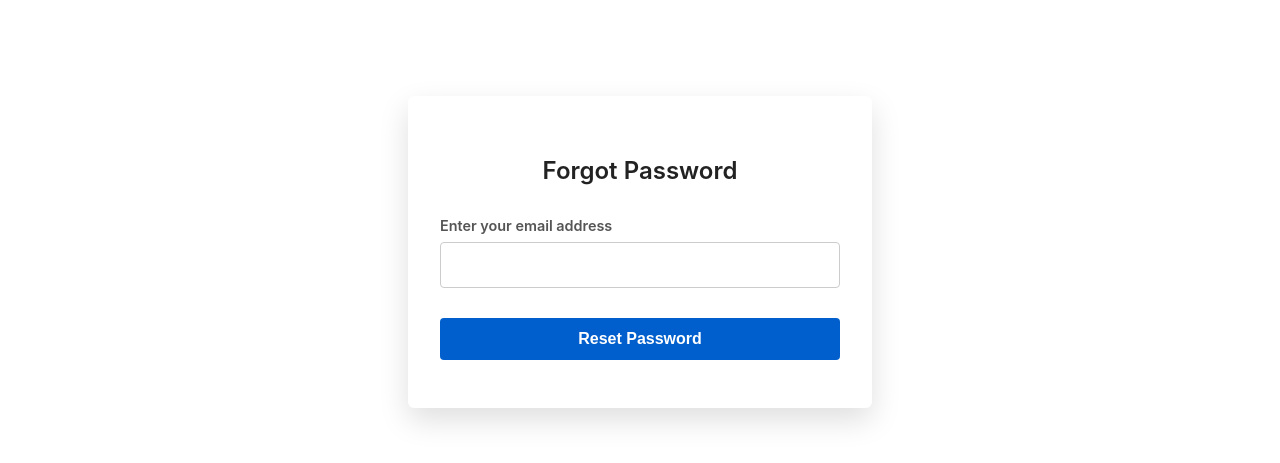
Repository: Nuttawut-Amattong/outtrip
Page: /forgot-password (app in OutTrip/)
The author's editor kept a copy of each file at every save. The page is drawn from the files as they stood at one save, then again after the next save.
The browser window is 1280 px wide. The pictures show the whole page.
The project was rebuilt for these pictures with package versions that can differ from the ones it lists, and the page was loaded fresh each time. Also part of the build but not shown: OutTrip/vite.config.js, OutTrip/src/component/login.module.css, OutTrip/src/component/Login.jsx, OutTrip/src/component/register.module.css, OutTrip/src/component/Register.jsx.

Above is the page before, as saved 2025-05-19 01:59:49.

### OutTrip/src/main.jsx
import { StrictMode } from 'react';
import { createRoot } from 'react-dom/client';
import { BrowserRouter, Routes, Route } from 'react-router-dom';
import Login from './component/Login.jsx';
import Register from './component/Register.jsx';
import Forgetpass from './component/Forgetpass.jsx';

createRoot(document.getElementById('root')).render(
  <StrictMode>
    <BrowserRouter>
      <Routes>
        <Route path="/" element={<Login />} />
        <Route path="/register" element={<Register />} />
        <Route path="/forgot-password" element={<Forgetpass />} />
      </Routes>
    </BrowserRouter>
  </StrictMode>
);

### OutTrip/src/component/Forgetpass.jsx
import React, { useState } from 'react';
import styles from './forgetpass.module.css';

const Forgetpass = () => {
  const [email, setEmail] = useState('');
  const [message, setMessage] = useState('');
  const [isSubmitted, setIsSubmitted] = useState(false);

  const handleSubmit = (e) => {
    e.preventDefault();
    setMessage('If this email is registered, you will receive a password reset link.');
    setIsSubmitted(true);
  };

  return (
    <div className={styles.container} role="main" aria-label="Forgot Password Form">
      <h2 className={styles.heading}>Forgot Password</h2>

      {!isSubmitted ? (
        <form onSubmit={handleSubmit} noValidate>
          <div className={styles.formGroup}>
            <label htmlFor="email" className={styles.label}>
              Enter your email address
            </label>
            <input
              type="email"
              id="email"
              name="email"
              value={email}
              onChange={(e) => setEmail(e.target.value)}
              required
              autoComplete="email"
              className={styles.input}
              aria-required="true"
              aria-describedby="emailHelp"
            />
          </div>
          <button type="submit" className={styles.button}>
            Reset Password
          </button>
        </form>
      ) : (
        <p className={styles.message} role="alert" aria-live="polite">
          {message}
        </p>
      )}
    </div>
  );
};

export default Forgetpass;

### OutTrip/src/component/forgetpass.module.css
/* forgetpass.module.css */

.container {
  max-width: 400px;
  margin: 6rem auto;
  padding: 2.5rem 2rem 3rem;
  background-color: #fff;
  border-radius: 6px;
  box-shadow: 0 12px 30px rgba(0, 0, 0, 0.13);
  font-family: 'Inter', -apple-system, BlinkMacSystemFont, 'Segoe UI', Roboto, Oxygen,
    Ubuntu, Cantarell, 'Open Sans', 'Helvetica Neue', sans-serif;
  color: #222;
}

.heading {
  font-weight: 600;
  font-size: 1.5rem;
  margin-bottom: 2rem;
  text-align: center;
  color: #222;
}

.formGroup {
  margin-bottom: 1.6rem;
  display: flex;
  flex-direction: column;
}

.label {
  font-weight: 600;
  font-size: 0.9rem;
  margin-bottom: 0.5rem;
  color: #555;
}

.input {
  padding: 0.75rem 1rem;
  font-size: 1rem;
  border: 1px solid #ccc;
  border-radius: 4px;
  outline-offset: 2px;
  transition: border-color 0.2s ease-in-out, box-shadow 0.2s ease-in-out;
  font-family: inherit;
}

.input:focus {
  border-color: #005fcc;
  box-shadow: 0 0 0 3px rgba(0, 95, 204, 0.3);
}

.button {
  width: 100%;
  padding: 0.75rem 1rem;
  font-size: 1rem;
  font-weight: 600;
  background-color: #005fcc;
  color: #fff;
  border: none;
  border-radius: 4px;
  cursor: pointer;
  user-select: none;
  transition: background-color 0.2s ease-in-out;
  margin-top: 0.3rem;
}

.button:hover,
.button:focus {
  background-color: #6A9C89;
  outline: none;
}

.message {
  font-size: 1rem;
  font-weight: 500;
  color: #6A9C89;
  text-align: center;
  margin-top: 2rem;
}


@media (max-width: 480px) {
  .container {
    margin: 3rem 1rem;
    padding: 2rem 1.5rem 2.5rem;
  }
}

Loaded but not shown: OutTrip/index.html (common file)

After the next save:
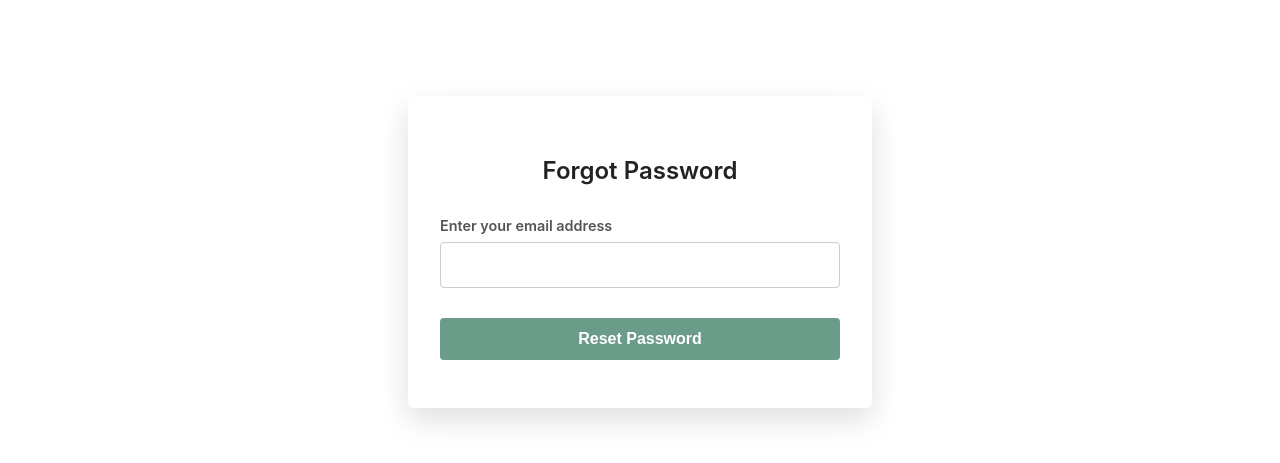
Saved 7 s later.
--- a/OutTrip/src/component/forgetpass.module.css
+++ b/OutTrip/src/component/forgetpass.module.css
@@ -53,7 +53,7 @@
   padding: 0.75rem 1rem;
   font-size: 1rem;
   font-weight: 600;
-  background-color: #005fcc;
+  background-color: #6A9C89;
   color: #fff;
   border: none;
   border-radius: 4px;
